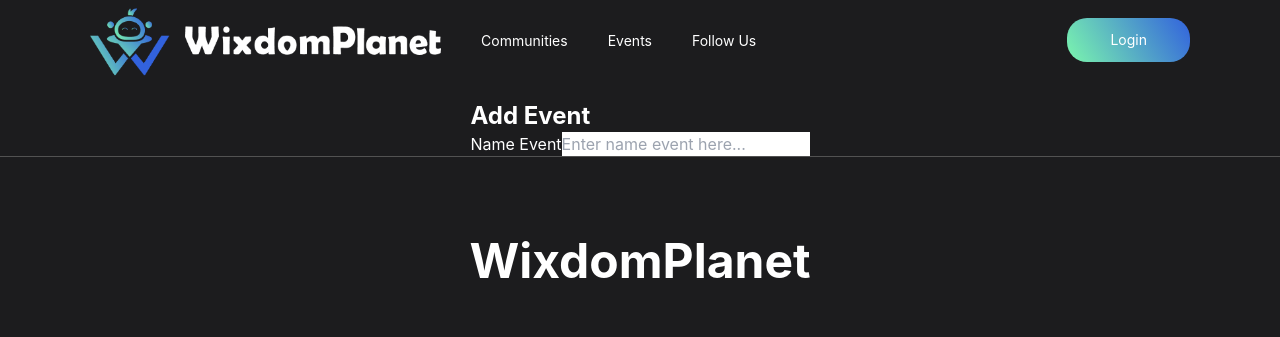
Repository: haudnn/WixdomPlanet-demo
Page: /add
An editor plug-in stored every save of this project. The page is shown before and after the next save, followed by the edit.
The browser window is 1280 px wide. The pictures show the whole page.
The project was rebuilt for these pictures with package versions that can differ from the ones it lists, and the page was loaded fresh each time. Also part of the build but not shown: vite.config.js, src/App.css, src/features/Event/components/EventItem.jsx, src/features/Event/page/Event.jsx, src/features/Home.jsx.

Above is the page before, as saved 2023-02-03 11:51:04.

### src/App.jsx
import "./App.css";
import { BrowserRouter } from "react-router-dom";
import Header from "./components/Layout/Header";
import RoutesConfig from "./config/RoutesConfig";
import Footer from "./components/Layout/Footer";
function App() {
  return (
    <div className="App bg-[#1c1c1e] min-h-screen">
      <BrowserRouter>
        <Header />
        <RoutesConfig/>
        <Footer/>
      </BrowserRouter>
    </div>
  );
}

export default App;

### src/index.css
@tailwind base;
@tailwind components;
@tailwind utilities;

:root {
  font-family: Inter, system-ui, Avenir, Helvetica, Arial, sans-serif;
}

### src/components/Layout/Header.jsx
import React from 'react'
import { Link } from 'react-router-dom'
import logo from "../../assets/imgs/logo.png"
const Header = () => {
  return (
    <header className='h-[80px]'>
        <div className='max-w-[1140px] my-0 mx-auto h-full px-5'>
            <div className='flex items-center justify-between h-full'>
                <div className='flex items-center gap-x-10'>
                    <div className='h-[80px]'>
                        <Link to="/">
                            <img src={logo} alt="Logo" className='w-full h-full object-cover' />
                        </Link>
                    </div>
                    <ul className='flex items-center gap-x-10'>
                        <li>
                            <Link className='text-sm text-white' to="/communities">Communities</Link>
                        </li>
                        <li>
                            <Link className='text-sm text-white' to="/events">Events</Link>
                        </li>
                        <li>
                            <Link className='text-sm text-white' to="/follow">Follow Us</Link>
                        </li>
                    </ul>
                </div>
                <button style={{background: "linear-gradient(239deg,#3262dd,#7af4ae 98.78%)"}} className='text-sm text-white rounded-[20px] py-3 px-[43px]'>
                    <Link to="/login">Login</Link>
                </button>
            </div>
        </div>
    </header>
  )
}

export default Header

### src/config/RoutesConfig.jsx
import { Routes, Route } from 'react-router-dom';
import routes from '../constants/routes';
function RoutesConfig() {
  return (
    <Routes>
      {routes.map(({ path, component }) => (
        <Route key={path} path={path} element={component} />
      ))}
    </Routes>
  );
}
export default RoutesConfig;

### src/components/Layout/Footer.jsx
import React from 'react'

const Footer = () => {
  return (
    <footer className='border-t border-solid border-[#525252]'>
        <div className='max-w-[1140px] my-0 mx-auto px-5'>
            <div className="pt-[80px] pb-[48px] text-center text-white text-5xl font-bold">
               WixdomPlanet
            </div>
        </div>
    </footer>
  )
}

export default Footer

### src/constants/routes.jsx
import AddEvent from "../features/Event/page/AddEvent";
import Home from "../features/Home";

const routes = [
    {
      path: '/',
      component: <Home/>,
    },
    {
        path: '/add',
        component: <AddEvent/>,
      },
]
export default routes;

### src/features/Event/page/AddEvent.jsx
import React from "react";

const AddEvent = () => {
  return (
    <section className="add flex items-center justify-center mt-5">
      <div>
        <p className="font-bold text-2xl text-white">Add Event</p>
        <div className="form">
          <form action="">
            <div>
              <label htmlFor="" className="text-white text-base">Name Event</label>
              <input type="text" placeholder="Enter name event here..." />
            </div>
          </form>
        </div>
      </div>
    </section>
  );
};

export default AddEvent;

Loaded but not shown: index.html (common file); src/main.jsx (common file); tailwind.config.cjs (common file)

After the next save:
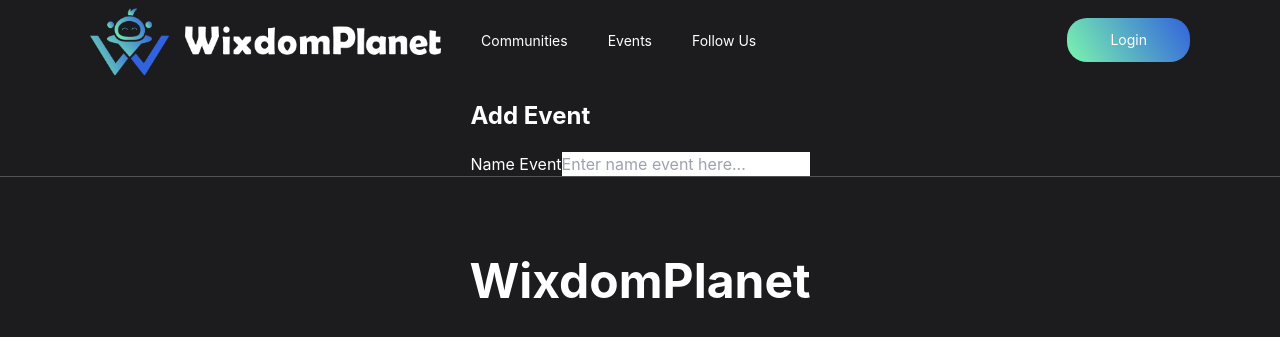
Saved 9 s later.
--- a/src/features/Event/page/AddEvent.jsx
+++ b/src/features/Event/page/AddEvent.jsx
@@ -5,7 +5,7 @@ const AddEvent = () => {
     <section className="add flex items-center justify-center mt-5">
       <div>
         <p className="font-bold text-2xl text-white">Add Event</p>
-        <div className="form">
+        <div className="form mt-5">
           <form action="">
             <div>
               <label htmlFor="" className="text-white text-base">Name Event</label>
